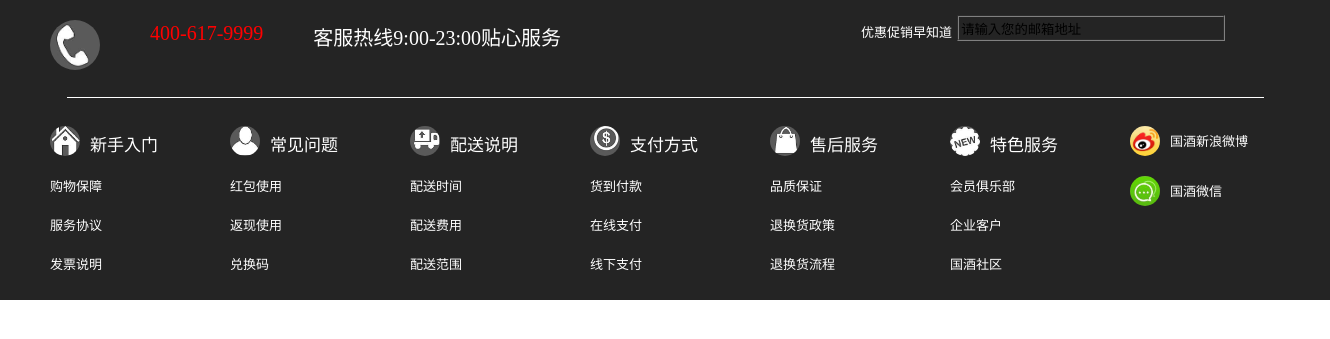
Repository: sjwgit/-
Page: http://localhost/ssh_1/qiantai/footer/footer.jsp
These files come from the project's save history. The page is drawn as it stood at one moment and after the next save; the edit follows.
The browser window is 1280 px wide. The page is 1330 px wide, so the pictures cover 1330 px, including what lies to the right of the window. The pictures show the whole page.
The page is served by Tomcat 9. Nobody is signed in. The application's start-up code is not run. Other server files are loaded and not shown.

Above is the page before, as saved 2017-11-14 06:48:07.

### 14150400515史建伟/sshcases/ssh_1/WebContent/qiantai/footer/footer.jsp
<%@ page language="java" contentType="text/html; charset=utf-8"
    pageEncoding="utf-8"%>
    <%
     String path= request.getContextPath();
    %>
<!DOCTYPE html PUBLIC "-//W3C//DTD HTML 4.01 Transitional//EN" "http://www.w3.org/TR/html4/loose.dtd">
<html>
<head>
<meta http-equiv="Content-Type" content="text/html; charset=utf-8">
<link rel="stylesheet" href="<%=path %>/screenshots/css/footer.css">
<link rel="stylesheet" href="<%=path %>/screenshots/css/style.css">
<script type="text/javascript" src="<%=path %>/screenshots/js/jquery-3.2.1.min.js"></script>
<title>footer</title>
</head>
<body>
     <footer class="footer">
	           <div class="row1">
		                 <div class="left">
				              <img src="<%=path %>/screenshots/imgs/telphone.png" id="img1">
				        </div>


				      <div class="div_img left" >
				         <span id="spanbig" class="color">400-617-9999</span>
				     </div>
				      <div class="div_img left">
				        <span id="spanbig">客服热线9:00-23:00贴心服务</span>
				     </div>
				     <div class="left div_img" id="mg-left">
				          <span>优惠促销早知道</span>
				    </div>
				   <div class="left" id="mg-input">
				          <input type="text" class="input1" value="请输入您的邮箱地址" title="dfdfdfdf">
				    </div>
		      </div>
		       <div class="row2">
				     <hr style="width:90%;">
		                  <div class="left">
				               <div class="div1">
								    <div style="float: left;">
								       <img src="<%=path %>/screenshots/imgs/1.png" class="img3" id="img2">
								   </div>
							        <div class="as">
								      <span id="spansmall">新手入门</span>
								   </div>

							   </div>
							    <div class="img3">
							     <span>购物保障</span>
							    </div>
							    <div class="img3">
							     <span>服务协议</span>
							    </div>
							   <div class="img3">
							     <span>发票说明</span>
							    </div>
				          </div>



				       <div class="left distance">
				               <div class="div1">
								    <div style="float: left;">
								       <img src="<%=path %>/screenshots/imgs/2.png" class="img3" id="img2">
								   </div>
							        <div class="as">
								      <span id="spansmall">常见问题</span>
								   </div>

							   </div>
							    <div class="img3">
							     <span>红包使用</span>
							    </div>
							    <div class="img3">
							     <span>返现使用</span>
							    </div>
							   <div class="img3">
							     <span>兑换码</span>
							    </div>
				          </div>


				        <div class="left distance">
				               <div class="div1">
								    <div style="float: left;">
								       <img src="<%=path %>/screenshots/imgs/3.png" class="img3" id="img2">
								   </div>
							        <div class="as">
								      <span id="spansmall">配送说明</span>
								   </div>

							   </div>
							    <div class="img3">
							     <span>配送时间</span>
							    </div>
							    <div class="img3">
							     <span>配送费用</span>
							    </div>
							   <div class="img3">
							     <span>配送范围</span>
							    </div>
				          </div>
				     <div class="left distance">
				               <div class="div1">
								    <div style="float: left;">
								       <img src="<%=path %>/screenshots/imgs/4.png" class="img3" id="img2">
								   </div>
							        <div class="as">
								      <span id="spansmall">支付方式</span>
								   </div>

							   </div>
							    <div class="img3">
							     <span>货到付款</span>
							    </div>
							    <div class="img3">
							     <span>在线支付</span>
							    </div>
							   <div class="img3">
							     <span>线下支付</span>
							    </div>
				          </div>
				     <div class="left distance">
				               <div class="div1">
								    <div style="float: left;">
								       <img src="<%=path %>/screenshots/imgs/5.png" class="img3" id="img2">
								   </div>
							        <div class="as">
								      <span id="spansmall">售后服务</span>
								   </div>

							   </div>
							    <div class="img3">
							     <span>品质保证</span>
							    </div>
							    <div class="img3">
							     <span>退换货政策</span>
							    </div>
							   <div class="img3">
							     <span>退换货流程</span>
							    </div>
				          </div>
				     <div class="left distance">
				               <div class="div1">
								    <div style="float: left;">
								       <img src="<%=path %>/screenshots/imgs/6.png" class="img3" id="img2">
								   </div>
							        <div class="as">
								      <span id="spansmall">特色服务</span>
								   </div>

							   </div>
							    <div class="img3">
							     <span>会员俱乐部</span>
							    </div>
							    <div class="img3">
							     <span>企业客户</span>
							    </div>
							   <div class="img3">
							     <span>国酒社区</span>
							    </div>
				          </div>

				          <div class="left distance">
				               <div class="div2">
								    <div style="float: left;">
								       <img src="<%=path %>/screenshots/imgs/xinglang_logo.png" class="img3" id="img2">
								   </div>
							        <div class="as">
								      <span>国酒新浪微博</span>
								   </div>

							   </div>
							  <div class="div2">
								    <div style="float: left;">
								       <img src="<%=path %>/screenshots/imgs/weixing.png" class="img3" id="img2" alt="this is a pic">
								   </div>
							        <div class="as">
								      <span>国酒微信</span>
								   </div>
							   </div>
				          </div>
		       </div>
	  </footer>
</body>
</html>

### 14150400515史建伟/sshcases/ssh_1/WebContent/screenshots/css/footer.css
.footer{
	margin-right: 50px;
	width:1330px;
	height: 300px;
	background-color:#242424;
	position: absolute;
	min-width: 1330px;
	display: block;
}
#spanbig{
	font-size: 20px;
}
#spansmall{
	font-size: 17px;
}
span{
	font-size: 13px;
	color: white;
}
.row1{
	width:100%;
	height: 30%;
}
#img1{
	width:50px;
	height: 50px;
	margin-left: 50px;
	margin-top: 20px;
	border-radius: 50%;
}
.div_img{
	margin-top: 22px;
	margin-left: 50px;
}
.left{
	float: left;
}
.color{
	color: #FF0000;
}
#mg-left{
	margin-left: 300px;
}
.input1{
	height: 20px;
	width:260px;
	opacity: ;
	border-color: gray;
	border-style:groove;
	background-color:transparent;
}
#mg-input{
	margin-top: 15px;
	margin-left: 5px;
}
hr{
	height: 2px;
	border:none;
	border-top:1px double white;
}
#img2{
	width:30px;
	height: 30px;
}
.row2{
	width:100%;
	height: 70%;
}
.img3{
	margin-left: 50px;
	margin-top: 20px;
	border-radius: 50%;
}
.div1{
	width:160px;
	height: 50px;
}
.distance{
	margin-left: 20px;
}
.div2{
	width:180px;
	height: 50px;
}
.as{
    float: left;
	margin-top: 25px;
	margin-left: 10px;
}

### 14150400515史建伟/sshcases/ssh_1/WebContent/screenshots/css/style.css
body{
	margin:0;
	font-size: small;
	font-family: SimSun;
	margin-left: 0px;

}

Loaded but not shown: 14150400515史建伟/sshcases/ssh_1/WebContent/screenshots/js/jquery-3.2.1.min.js (library)

After the next save:
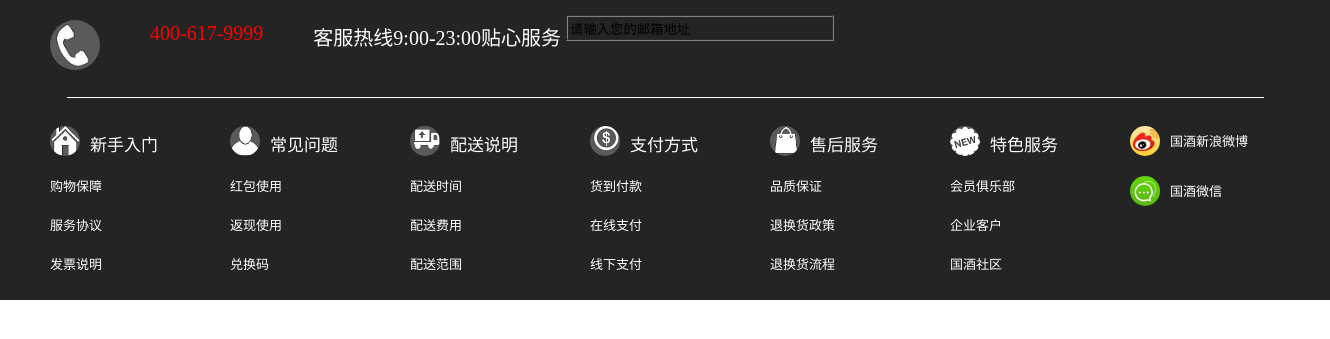
Saved 65 s later.
--- a/14150400515史建伟/sshcases/ssh_1/WebContent/qiantai/footer/footer.jsp
+++ b/14150400515史建伟/sshcases/ssh_1/WebContent/qiantai/footer/footer.jsp
@@ -26,9 +26,9 @@
 				      <div class="div_img left">
 				        <span id="spanbig">客服热线9:00-23:00贴心服务</span>
 				     </div>
-				     <div class="left div_img" id="mg-left">
+				    <!--  <div class="left div_img" id="mg-left">
 				          <span>优惠促销早知道</span>
-				    </div>
+				    </div> -->
 				   <div class="left" id="mg-input">
 				          <input type="text" class="input1" value="请输入您的邮箱地址" title="dfdfdfdf">
 				    </div>
